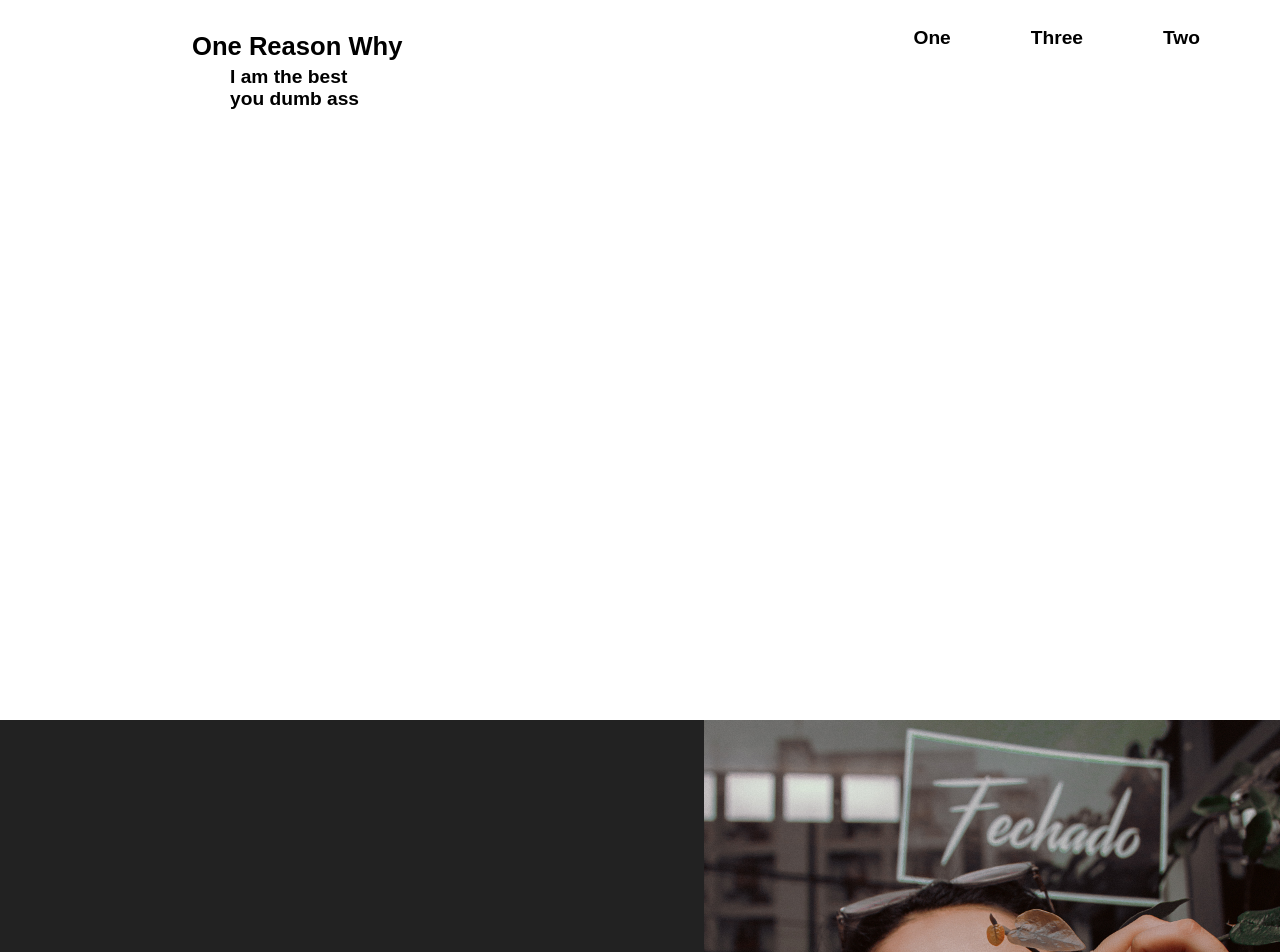
Repository: Imprasna/scrollmagic
Page: index.html
These files come from the project's save history. The page is drawn as it stood at one moment and after the next save; the edit follows.
The browser window is 1280 px wide. The pictures show the part of the page from y = 0 to 952 px (the page is 2200 px tall).
A picture or video elsewhere on the page could not be fetched, so the positions and the page height are approximate. Some web fonts or font styles are not loaded; a fallback is used. Some web libraries are served in a nearby version.

Above is the page before, as saved 2021-11-14 18:21:06.

After the next save:
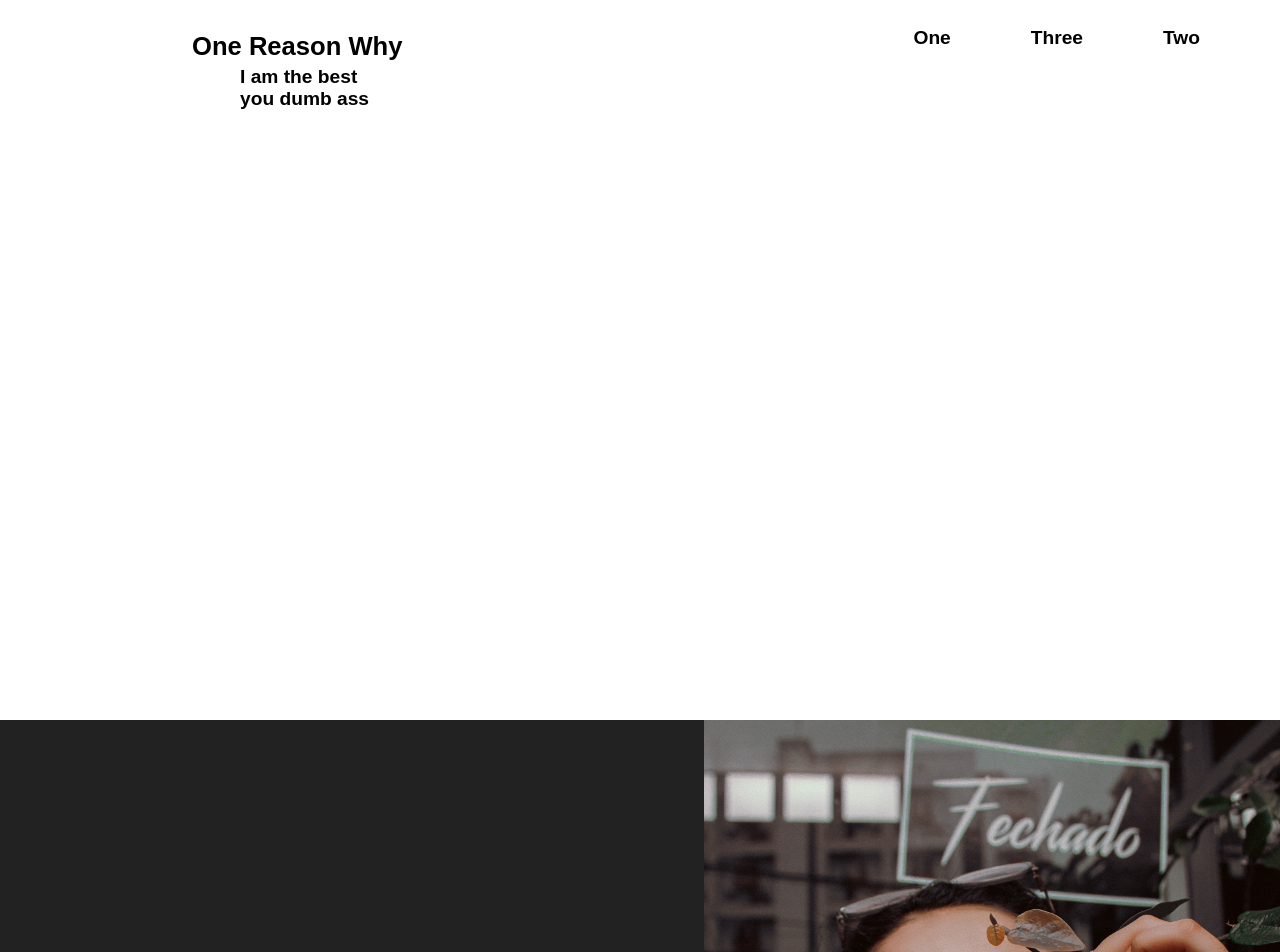
Saved 15 s later.
--- a/app.js
+++ b/app.js
@@ -27,5 +27,5 @@ let tl3 = gsap.timeline({
     },
 });
 
-tl.fromTo(".sliding-text", { x:150 }, { y:50 });
+tl.fromTo(".sliding-text", { x:160 }, { y:50 });
 tl2.fromTo(".logo", {scale: 6}, {scale: 1, top: "2rem", left: "12rem", x: "50%", y: "50%", pin: true});
